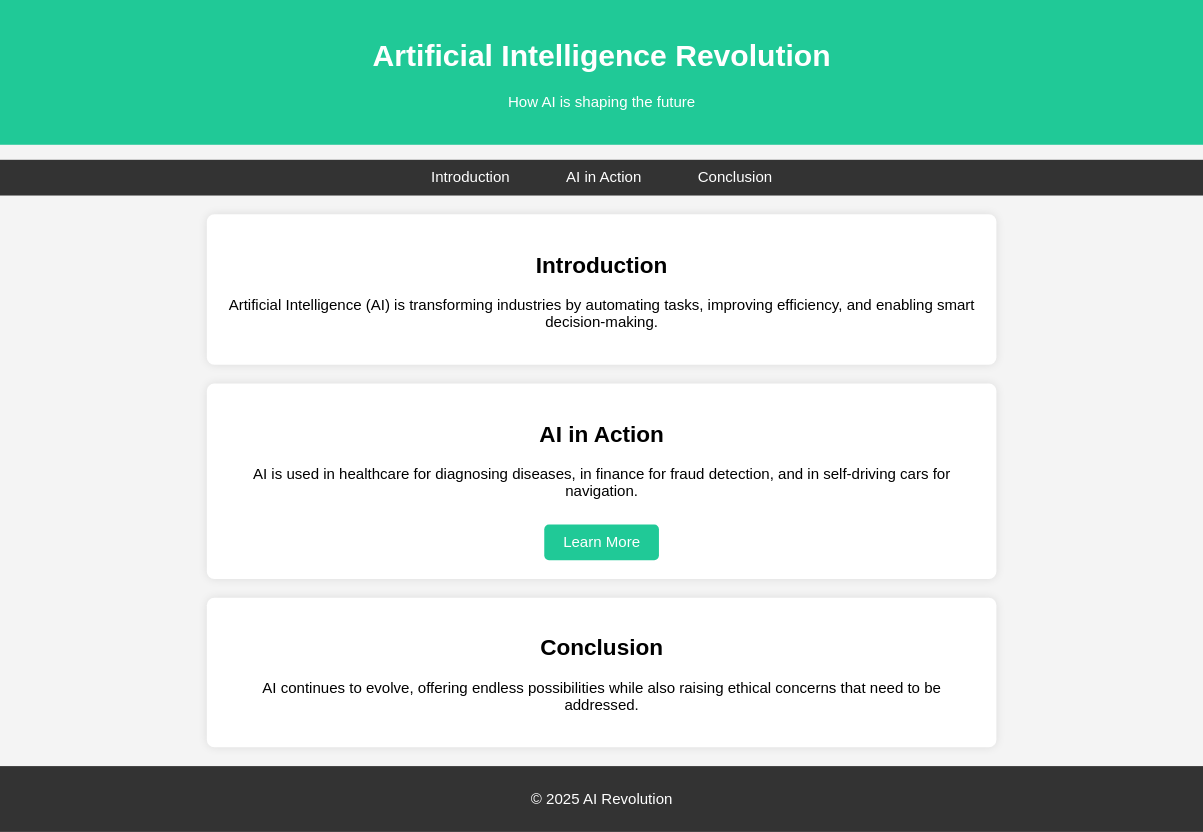
Repository: TemoshoS/ai
Page: index.html
The author's editor kept a copy of each file at every save. The page is drawn from the files as they stood at one save, then again after the next save.
The browser window is 1280 px wide. The pictures show the whole page, at 94% of full size.

Above is the page before, as saved 2025-02-16 13:39:47.

### index.html
<!DOCTYPE html>
<html lang="en">
<head>
    <meta charset="UTF-8">
    <meta name="viewport" content="width=device-width, initial-scale=1.0">
    <title>AI Revolution</title>
    <link rel="stylesheet" href="styles.css">
</head>
<body>
    <header>
        <h1>Artificial Intelligence Revolution</h1>
        <p>How AI is shaping the future</p>
    </header>

    <nav>
        <ul>
            <li><a href="#intro">Introduction</a></li>
            <li><a href="#body">AI in Action</a></li>
            <li><a href="#conclusion">Conclusion</a></li>
        </ul>
    </nav>

    <section id="intro">
        <h2>Introduction</h2>
        <p>Artificial Intelligence (AI) is transforming industries by automating tasks, improving efficiency, and enabling smart decision-making.</p>
    </section>

    <section id="body">
        <h2>AI in Action</h2>
        <p>AI is used in healthcare for diagnosing diseases, in finance for fraud detection, and in self-driving cars for navigation.</p>
        <button id="learnMore">Learn More</button>
    </section>

    <section id="conclusion">
        <h2>Conclusion</h2>
        <p>AI continues to evolve, offering endless possibilities while also raising ethical concerns that need to be addressed.</p>
    </section>

    <footer>
        <p>&copy; 2025 AI Revolution</p>
    </footer>

    <script src="script.js"></script>
</body>
</html>

### styles.css
body {
    font-family: Arial, sans-serif;
    margin: 0;
    padding: 0;
    background-color: #f4f4f4;
    text-align: center;
}

header {
    background-color: #20C997;
    color: white;
    padding: 20px;
}

nav ul {
    list-style: none;
    padding: 0;
    background: #333;
    display: flex;
    justify-content: center;
}

nav ul li {
    margin: 0 15px;
}

nav ul li a {
    color: white;
    text-decoration: none;
    padding: 10px 15px;
    display: block;
}

nav ul li a:hover {
    background-color: #20C997;
    border-radius: 5px;
}

section {
    padding: 20px;
    max-width: 800px;
    margin: auto;
    background: white;
    margin-top: 20px;
    border-radius: 8px;
    box-shadow: 0px 0px 10px rgba(0, 0, 0, 0.1);
}

button {
    background-color: #20C997;
    color: white;
    padding: 10px 20px;
    border: none;
    font-size: 16px;
    cursor: pointer;
    margin-top: 10px;
    border-radius: 5px;
}

button:hover {
    background-color: #17a589;
}

footer {
    margin-top: 20px;
    background-color: #333;
    color: white;
    padding: 10px;
}

### script.js
document.getElementById("learnMore").addEventListener("click", function () {
    alert("AI is also used in voice assistants, recommendation systems, and predictive analytics!");
});

After the next save:
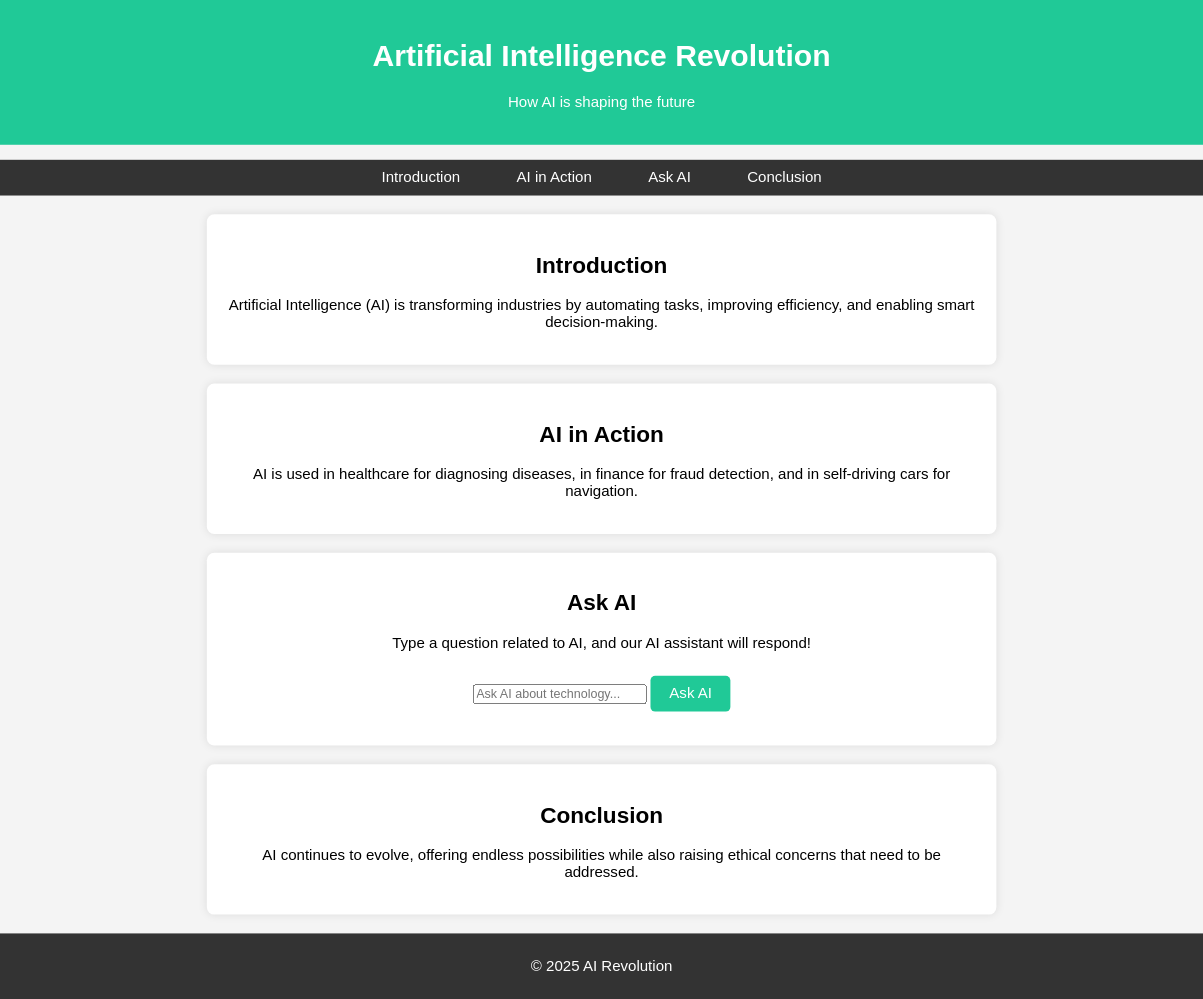
Console error: TypeError: Cannot read properties of null (reading 'addEventListener')
Saved 2 min 8 s later.
--- a/index.html
+++ b/index.html
@@ -16,6 +16,7 @@
         <ul>
             <li><a href="#intro">Introduction</a></li>
             <li><a href="#body">AI in Action</a></li>
+            <li><a href="#chatbot">Ask AI</a></li>
             <li><a href="#conclusion">Conclusion</a></li>
         </ul>
     </nav>
@@ -28,7 +29,14 @@
     <section id="body">
         <h2>AI in Action</h2>
         <p>AI is used in healthcare for diagnosing diseases, in finance for fraud detection, and in self-driving cars for navigation.</p>
-        <button id="learnMore">Learn More</button>
+    </section>
+
+    <section id="chatbot">
+        <h2>Ask AI</h2>
+        <p>Type a question related to AI, and our AI assistant will respond!</p>
+        <input type="text" id="userInput" placeholder="Ask AI about technology...">
+        <button id="askAI">Ask AI</button>
+        <p id="aiResponse"></p>
     </section>
 
     <section id="conclusion">
